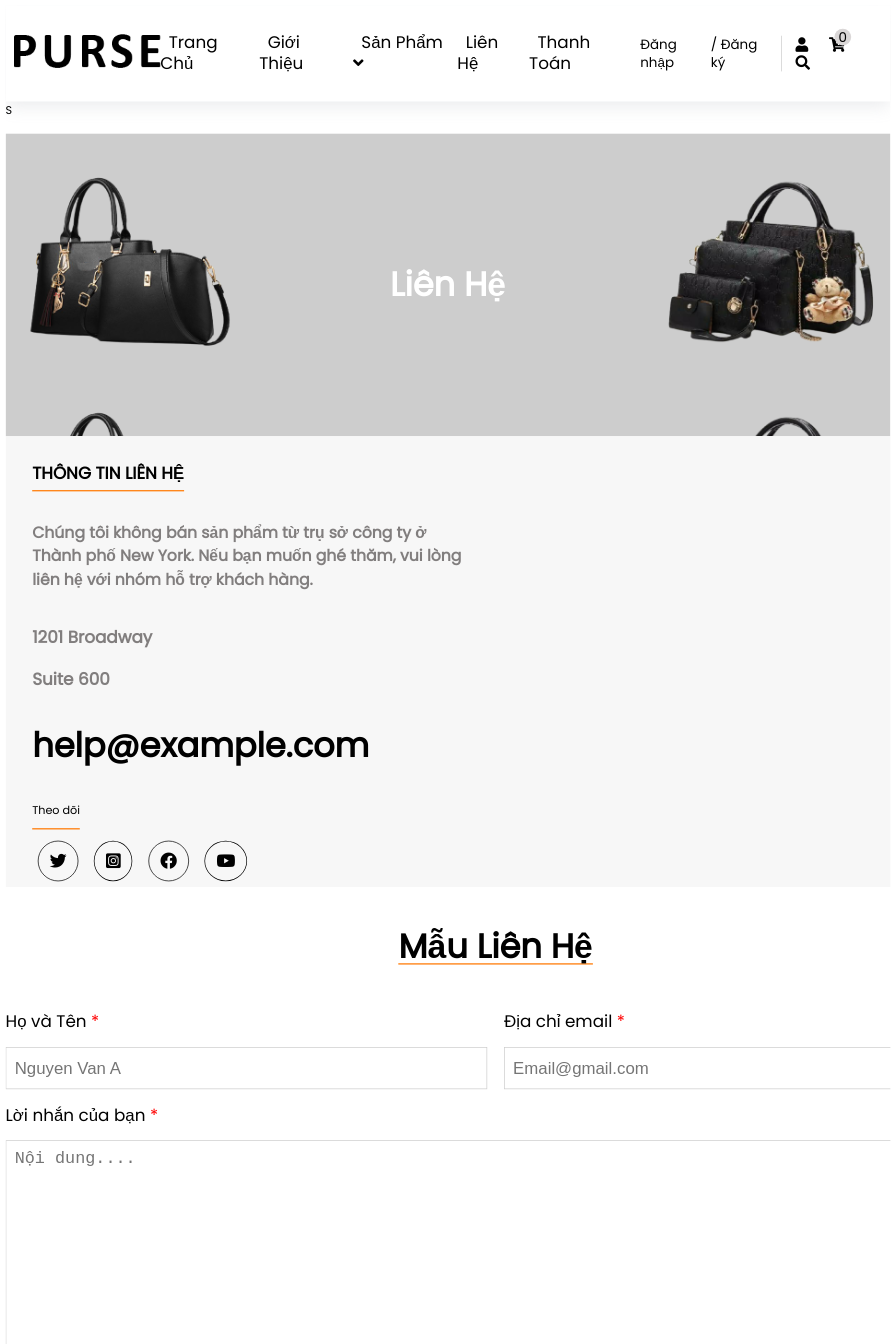
Repository: minh352623/project_firebase
Page: contact.html
The author's editor kept a copy of each file at every save. The page is drawn from the files as they stood at one save, then again after the next save.
The browser window is 1280 px wide. The pictures show the part of the page from y = 0 to 1920 px (the page is 2952 px tall before and 2926 px after), at 70% of full size.
Some web libraries are served in a nearby version.

Above is the page before, as saved 2022-05-12 20:03:27.

### contact.html
<!DOCTYPE html>
<html lang="en">

<head>
  <meta charset="UTF-8" />
  <meta http-equiv="X-UA-Compatible" content="IE=edge" />
  <meta name="viewport" content="width=device-width, initial-scale=1.0" />
  <link rel="icon" href="./assets/img/logo.webp">

  <link rel="stylesheet" href="https://cdnjs.cloudflare.com/ajax/libs/font-awesome/5.15.4/css/all.min.css"
    integrity="sha512-1ycn6IcaQQ40/MKBW2W4Rhis/DbILU74C1vSrLJxCq57o941Ym01SwNsOMqvEBFlcgUa6xLiPY/NS5R+E6ztJQ=="
    crossorigin="anonymous" referrerpolicy="no-referrer" />
  <link rel="preconnect" href="https://fonts.googleapis.com" />
  <link rel="preconnect" href="https://fonts.gstatic.com" crossorigin />
  <link href="https://fonts.googleapis.com/css2?family=Poppins&display=swap" rel="stylesheet" />
  <link rel="stylesheet" href="./assets/css/base.css" />
  <link rel="stylesheet" type="text/css" href="https://cdn.jsdelivr.net/npm/slick-carousel@1.8.1/slick/slick.css" />
  <link rel="stylesheet" href="./assets/css/main.css" />
  <link rel="stylesheet" href="./assets/css/contact.css">
  <link rel="stylesheet" href="./assets/css/reponsive.css">

  <title>Liên Hệ</title>
</head>

<body>
  <div class="app">
    <div class="header">
      <div class="navbar">
        <div class="icon-mobile-menu">
          <i class="fas fa-align-left"></i>
        </div>
        <div class="navbar-logo">
          <a href="#">
            <img src="./assets/img/logo.webp" alt="" />
          </a>
        </div>
        <div class="navbar-link ">
          <ul class="navbar-link-list">
            <li class="navbar-link-item mobile-hello"></li>

            <li><a href="trangchu.html" class="navbar-link-item">Trang Chủ</a></li>
            <li><a href="introduce.html" class="navbar-link-item">Giới Thiệu</a></li>
            <li class="link-hover">
              <a href="./product.html" class="navbar-link-item">Sản Phẩm<i class="fas fa-angle-down"></i></a>
              <ul class="product-selsect">
                <li><a href="">Yêu Thích</a></li>
                <li><a href="">Giảm Giá</a></li>
              </ul>
            </li>
            <li><a href="contact.html" class="navbar-link-item">Liên Hệ</a></li>
            <li><a href="" class="navbar-link-item">Thanh Toán</a></li>
            <li><a href="./register.html" class="navbar-link-item delete-log mobile-register">Đăng ký</a></li>
            <li><a href="./index.html" class="navbar-link-item delete-log mobile-login">Đăng nhập</a></li>
            <li><a href="./index.html" class="navbar-link-item mobile-exit">Thoát</a></li>
          </ul>
        </div>

        <div class="navbar-icon">
          <div class="navbar-log">
            <div class="log-in">
              <span>
                <a class="log-in-icon" href="./index.html">
                  Đăng nhập
                </a>
              </span>
            </div>
            <div class="register">
              <span class="register-char">/</span>
              <span><a class="register-icon" href="./register.html">Đăng ký</a></span>
            </div>
          </div>
          <div class="hello ">
            <span>Chào!</span>
            <span class="name-user "></span>
            <span class="S">|</span>
            <a href="./index.html" class="exit">Thoát</a>
          </div>
          <div class="navbar-icon-list">
            <a href="./user.html " class="navbar-icon-item user-icon">
              <i class="fas fa-user"></i>
            </a>
            <span class="navbar-icon-item cart">
              <i class="fas fa-cart-plus"></i>
              <span class="quantity-item">0</span>

            </span>
            <span class="navbar-icon-item search">
              <i class="fas fa-search"></i>
            </span>
          </div>
        </div>
      </div>
    </div>S

    <div class="main">
      <div class="contact-banner">
        <h2 class="contact-title">
          Liên Hệ
        </h2>
        <div class="contact-link none">
          <span>Trang chủ</span>
          <span>></span>
          <span>Liên hệ</span>

        </div>
      </div>
      <div class="contact-container">
        <div class="contact-top">
          <div class="contact-top__layout">
            <div class="contact-info">
              <h2 class="contact-info-border">THÔNG TIN LIÊN HỆ</h2>
              <p class="contact-content">Chúng tôi không bán sản phẩm từ trụ sở công ty
                ở Thành phố New York. Nếu bạn muốn ghé thăm, vui lòng liên hệ với nhóm hỗ trợ khách hàng.</p>
              <div>

                <p>1201 Broadway</p>
                <p> Suite 600</p>
              </div>
              <h2 class="contact-email">help@example.com</h2>
              <p class="contact-info-border">Theo dõi</p>

              <div class="contact-info__icon">
                <span class="contact-info__icon-tw">
                  <i class="fab fa-twitter"></i>
                </span>
                <span class="contact-info__icon-insta">
                  <i class="fab fa-instagram-square"></i>
                </span>
                <span class="contact-info__icon-face">
                  <i class="fab fa-facebook"></i>
                </span>
                <span class="contact-info__icon-youtube">
                  <i class="fab fa-youtube"></i>
                </span>
              </div>


            </div>
            <div class="contact-images none">
              <img src="./assets/img/contact/contact-bn2.png" alt="">
            </div>
          </div>

        </div>
        <div class="contact-form">
          <h1>Mẫu Liên Hệ</h1>
          <form class="contact-form-content">
            <div class="contact-form-content-top">
              <div class="contact-form-content-left">
                <div class="contact-form-content-item">
                  <p>Họ và Tên</p>
                  <span>*</span>
                </div>
                <input required type="text" placeholder="Nguyen Van A">
              </div>
              <div class="contact-form-content-right">
                <div class="contact-form-content-item">
                  <p>Địa chỉ email</p>
                  <span>*</span>
                </div>
                <input required type="email" placeholder="Email@gmail.com">
              </div>
            </div>
            <div class="contact-form-content-bot">
              <div class="contact-form-content-item">
                <p>Lời nhắn của bạn</p>
                <span>*</span>
              </div>
              <textarea required name="" id="" cols="50" rows="15" placeholder="Nội dung...."></textarea>
            </div>
            <div class="contact-form-content-btn">
              <button type="submit">GỬI</button>
            </div>

          </form>
        </div>

      </div>
      <div class="contact-instagram">
        <div class="contact-instagram-list">
          <div class="contact-instagram-list-item">
            <img src="./assets/img/contact/instagram1.webp" alt="">
            <div class="contact-instagram-list-item-hover">
              <i class="fab fa-instagram"></i>
            </div>
          </div>
          <div class="contact-instagram-list-item">
            <img src="./assets/img/contact/instagram2.webp" alt="">
            <div class="contact-instagram-list-item-hover">
              <i class="fab fa-instagram"></i>
            </div>
          </div>
          <div class="contact-instagram-list-item">
            <img src="./assets/img/contact/instagram3.webp" alt="">
            <div class="contact-instagram-list-item-hover">
              <i class="fab fa-instagram"></i>
            </div>
          </div>
          <div class="contact-instagram-list-item">
            <img src="./assets/img/contact/instagram4.webp" alt="">
            <div class="contact-instagram-list-item-hover">
              <i class="fab fa-instagram"></i>
            </div>
          </div>
          <div class="contact-instagram-list-item">
            <img src="./assets/img/contact/instagram5.webp" alt="">
            <div class="contact-instagram-list-item-hover">
              <i class="fab fa-instagram"></i>
            </div>
          </div>
          <div class="contact-instagram-list-item">
            <img src="./assets/img/contact/instagram6.webp" alt="">
            <div class="contact-instagram-list-item-hover">
              <i class="fab fa-instagram"></i>
            </div>
          </div>
          <div class="contact-instagram-list-item">
            <img src="./assets/img/contact/instagram7.webp" alt="">
            <div class="contact-instagram-list-item-hover">
              <i class="fab fa-instagram"></i>
            </div>
          </div>



        </div>


      </div>

    </div>

    <div class="footer">
      <div class="footer-content">
        <div class="footer-content-item">
          <div class="footer-content-img">
            <img src="./assets/img/logo.webp" alt="">
          </div>
          <p>Đơn giản tinh tế cho tâm trí độc lập</p>
          <div class="footer-content-icon">
            <a href="#"><i class="fab fa-twitter"></i></a>
            <a href="#"><i class="fab fa-facebook"></i></a>

            <a href="#"><i class="fab fa-instagram-square"></i></a>

          </div>
        </div>
        <div class="footer-content-item">
          <div class="footer-content-item-title">
            <span>Trợ Giúp & Thông Tin</span>
            <ul class="footer-content-item-list">
              <li>Hướng dẫn mua hàng</li>
              <li>Hướng dẫn thanh toán</li>
              <li>Chính sách bảo hành</li>
              <li>Chính sách đổi trả</li>
              <li>Tư vấn khách hàng</li>
            </ul>
          </div>
        </div>
        <div class="footer-content-item">
          <div class="footer-content-item-title">
            <span>Về Chúng Tôi</span>
            <ul class="footer-content-item-list">
              <li>Giới thiệu</li>
              <li>Tin khuyến mãi</li>
              <li>Liên hệ</li>
              <li>Địa chỉ cửa hàng</li>
              <li>Chính sách bảo mật </li>
            </ul>
          </div>
        </div>
        <div class="footer-content-item">
          <div class="footer-content-item-title">
            <span>Hỗ trợ khách hàng</span>
            <ul class="footer-content-item-list">
              <li>Tài khoản</li>
              <li>Giỏ hàng</li>
              <li>Thanh toán</li>
              <li>Kiểm tra đơn hàng</li>
              <li>Cảm nhận khách hàng</li>
            </ul>
          </div>
        </div>

      </div>



    </div>
  </div>
  <div class="model-cart ">
    <div class="cart-container">
      <div class="cart-top">
        <div class="clear cart-top-close">
          <i class="fas fa-times"></i>
        </div>
        <div class="cart-top-title">
          <span>Giỏ Hàng</span>
        </div>
        <div class="cart-top-quantity">
          <span>1</span>
        </div>

      </div>

      <div class="array-empty"></div>
      <div class="cart-center">
      </div>

      <div class="cart-bottom">
        <div class="cart-bottom-price">
          <span>Tổng tiền:</span>
          <span class="total-price">0</span>
        </div>

        <div class="cart-bottom-btn">
          <a href="#"> <button>Xem giỏ hàng</button></a>
          <a href="#"> <button>Thanh toán</button></a>

        </div>
      </div>
    </div>

  </div>

  <script type="text/javascript" src="https://code.jquery.com/jquery-1.11.0.min.js"></script>
  <script type="text/javascript" src="https://code.jquery.com/jquery-migrate-1.2.1.min.js"></script>
  <script type="text/javascript" src="https://cdn.jsdelivr.net/npm/slick-carousel@1.8.1/slick/slick.min.js"></script>
  <script src="./js/slick.js"></script>
  <script src="./js/main.js" type="module"></script>
  <script src="./js/user.js"></script>

</body>

</html>

### assets/css/base.css
:root{
    --background-main:#e4e4e4;
    --hover-color:#ff871d ;
    --white-color:#fff;
    --text-color: #000;

}

*{
    box-sizing:  border-box;
}

html{
    /* 16px */
    font-size: 100%;
    line-height: 1.6rem;
    font-family: 'Poppins', sans-serif;
    scroll-behavior: smooth;
}

### assets/css/contact.css
.contact-banner{
    background-image: url('../img/contact/contact-bn1.png');
    background-size: contain;
    height: 60vh;
    display: flex;
    flex-direction: column;
    justify-content: center;
    align-items: center;
}

.contact-title {
    color: #fff;
    font-size: 3rem;
}
.contact-link {
    font-size: 1.5rem;
    color: #fff;


}
.contact-container{
    margin-top: 50px;
    width: 1400px;
    margin: 0 auto;
}
.contact-top{
    display: flex;
    justify-content: center;
}
.contact-top__layout{
    display: grid;
    grid-template-columns: 1fr 1fr;
    background-color: #f7f7f7;
    padding: 8px;
}
.contact-info{
    padding: 0 30px;
    display: flex;
    flex-direction: column;
    justify-content: space-between;

}

.contact-images img{
    width: 100%;
    height: 100%;
    object-fit: cover;
}
.contact-info >div,
.contact-content{
    font-weight: 600;
    color: rgb(129, 126, 126);
    font-size: 1.5rem;
    line-height: 1.5;

}
.contact-email{
    font-size: 3rem;
}
.contact-info > p:nth-child(2){
    font-size: 1.4rem;
}


.contact-info__icon i{
    margin: 0 8px;
    padding: 16px;
    border: 1px solid #000;
    border-radius:50%;
    color: #000;
    cursor: pointer;

}
.contact-info__icon i:hover{
    background-color: var(--hover-color);
    color: var(--white-color)
}
.contact-form h1,
.contact-info-border{
    border-bottom: 2px solid #ff871d;
    display: inline;
    width: fit-content;
    padding: 12px 0;
}

.contact-form{
    display: flex;
    flex-direction: column;
    margin: 48px 0;
}
.contact-form h1{
    text-align: center;
    margin: 12px auto;
    font-size:3rem;
}
.contact-form-content{
    margin: 32px 0;
    font-size: 1.5rem;
}
.contact-form-content-top{
    display: grid;
    grid-template-columns: 1fr 1fr;
    grid-gap: 0 24px;
}

.contact-form-content-right input,
.contact-form-content-left input{
    width: 100%;
    height: 60px;
    font-size: 1.5rem;
    padding: 12px;
    border:1px solid #ccc;
}

.contact-form-content-bot textarea{
    width: 100%;
    resize: none;
    font-size: 1.5rem;
    padding: 12px;
    border-color: #ccc;

}
.contact-form-content-item p{
  display: inline-block;
}
.contact-form-content-item span{
    color: red;
    font-size: 1.5rem;
}

.contact-form-content-btn{
    text-align: center;
    padding: 12px;

}
.contact-form-content-btn button{
    width: 250px;
    height: 70px;
    font-size: 1.5rem;
    color: var(--white-color);
    background-color: var(--text-color);
    letter-spacing: 4px;
    cursor: pointer;
}
.contact-form-content-btn button:hover{
    background-color: var(--hover-color);
    border: 0;
}


.contact-instagram-list-item{
    position: relative;
    display: grid;
    grid-template-columns: repeat(4, 1fr);
    overflow: hidden;
}
.contact-instagram-list-item img{
    width: 100%;
    transition: all 0.6s ease;
    object-fit: cover;
}
.contact-instagram-list-item-hover{
    position: absolute;
    top: 0;
    left: 0;
    bottom: 0;
    right: 0;
    display: flex;
    justify-content: center;
    align-items: center;
    color: var(--white-color);
    font-size: 3rem;
    background-color: rgba(0, 0, 0, 0.6);
    visibility: hidden;
    opacity: 0;
    transition: all 1s ease;

}
.contact-instagram-list-item:hover img {
    transform: scale(1.2);
}

.contact-instagram-list-item:hover .contact-instagram-list-item-hover{
 visibility: visible;
 opacity: 1;

}
.user-icon{
    text-decoration: none;
    color: #000;
}

### assets/css/reponsive.css

@media (min-width: 740px) and (max-width: 1023px){

}
/* mobile */
@media  (max-width: 739px){
    .navbar-logo img {
        width: 75px;
    }
    .search {
        display: none;
    }
    .navbar-link {
        position: fixed;
        background-color: rgba(0, 0, 0, 0.4);
        z-index: 999;
        top: 0;
        bottom: 0;
        right: 0;
        left: 0;
        visibility: hidden;


    }
    .navbar-link.active{
        visibility: visible;
    }
    .navbar-link.active .navbar-link-list{
        transform: translateX(0);
        opacity: 1;
    }
    .navbar-link-list{
        position: absolute;
        background-color: #fff;
        top: 0;
        left: 0;
        bottom: 0;
        flex-direction: column;
        margin-top: 0;
        box-shadow: rgba(149, 157, 165, 0.2) 0px 8px 24px;
        width: 300px;
        transform: translateX(-100%);
        opacity: 0;
        transition: all 0.5s ease;
    }
    .navbar-link-list li{


        border-bottom: 0.5px solid #999;
    }

    .navbar-link-list li a{
        text-align: left;

        padding: 8px;
        margin: 20px 0;
        display: flex;
        font-size: 1.2rem;
        text-transform: uppercase;
    }
    .navbar-log{
        display: none;
    }
    .icon-mobile-menu {
        display: block;
        margin-right: 50px;
    }
    .main-banner{
        grid-template-columns: repeat(1,1fr);
        grid-gap:12px 0
    }
    .main-conent{
        display: none;
    }
    .main-product {
        grid-template-columns: repeat(1,1fr);
        overflow-y: auto;
    }
    .main-time{
        display: none;
    }
    .none{
        display: none;
    }
    .main-blog-list{
        grid-template-columns: 1fr;
    }
    .footer-content{
        grid-template-columns: repeat(1,1fr);
    }


    /* Introduce */
    .contact-banner{
        background-repeat: no-repeat;
        height: 100px;
        width: 100%;
        background-size: cover;
    }
    .contact-title{
        font-size: 1rem;


    }
    .main-content{
        width: 100%;
    }
    .main-content-text{
        padding: 0;
    }
    .main-content-item{
        grid-template-columns: repeat(1,1fr);
    }
    .main-content .main-content-item:nth-child(2){
        display: flex;
        flex-direction: column-reverse;
    }

    .page-product{
        grid-template-columns: repeat(2 ,1fr);
    }
    .contact-top__layout{
    display: grid;
    grid-template-columns: repeat(1,1fr);
    grid-gap:12px 0

    }
    .contact-container{
        width: 100%;
    }
    .contact-top{
        margin-top: 12px;
        width: fit-content;
    }
    .contact-top__layout,
    .contact-info{
        padding: 0;
    }
    .contact-form-content{
        display: grid;
        grid-template-columns: repeat(1,1fr);
    }
    .contact-form-content-top{
        grid-template-columns: repeat(1,1fr);
    }
    .cart-container{
        width: 80%;
    }


    /* login */
    .main{
        width: 100%;
    }
    .main-login form{
        grid-template-columns: repeat(1, 1fr);
    }
    .main-login{
        width: 100%;
        margin: 0;
    }

    .main-login-item input{
        width: 100%;
    }
    .main-register,
    .mess{
        width: 100%;
    }
    .main-register form{
        grid-template-columns: repeat(1,1fr);
    }
    .main-register-item input{
        width: 100%;
    }
    .hello{
        display: none;
    }
    .mobile-heollo,
    .delete-log,
    .mobile-exit{
        display: block;
    }
}

Loaded but not shown: js/main.js (210 lines, source omitted); js/data.js (167 lines, source omitted); js/user.js (50 lines, source omitted); js/slick.js (33 lines, source omitted); assets/css/main.css (642 lines, source omitted)

After the next save:
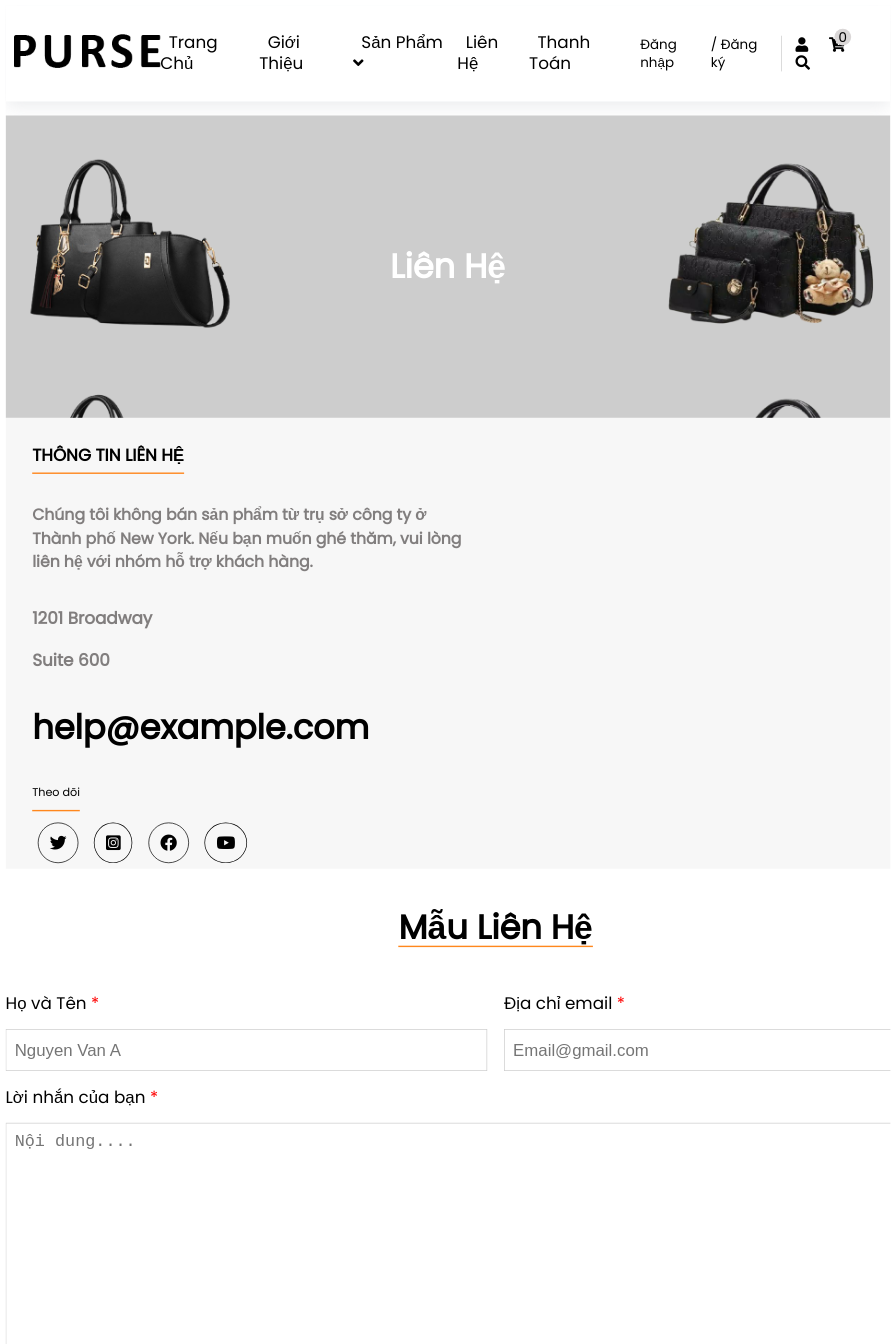
Saved 4 s later.
--- a/contact.html
+++ b/contact.html
@@ -90,7 +90,7 @@
           </div>
         </div>
       </div>
-    </div>S
+    </div>
 
     <div class="main">
       <div class="contact-banner">
